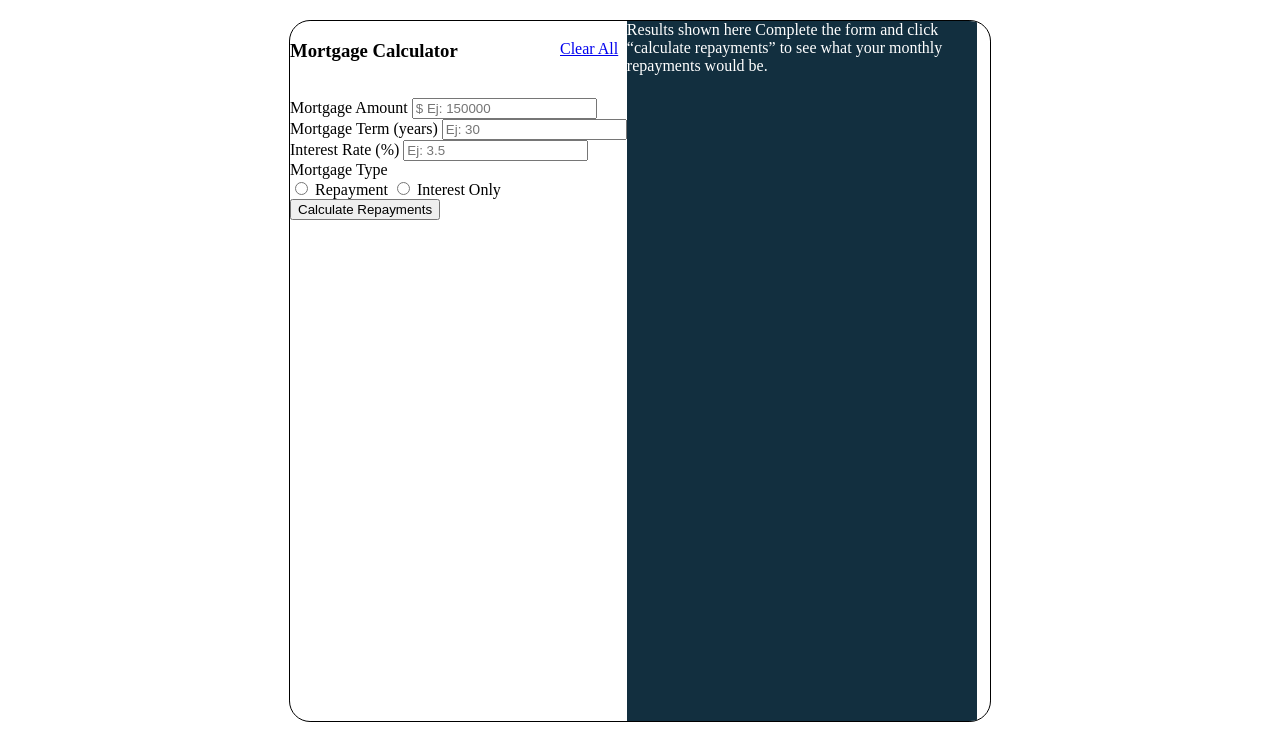
Repository: GravielPV/Mortgage-repayment-calculator
Page: index.html
These files come from the project's save history. The page is drawn as it stood at one moment and after the next save; the edit follows.
The browser window is 1280 px wide. The pictures show the whole page.

Above is the page before, as saved 2025-12-11 17:06:54.

After the next save:
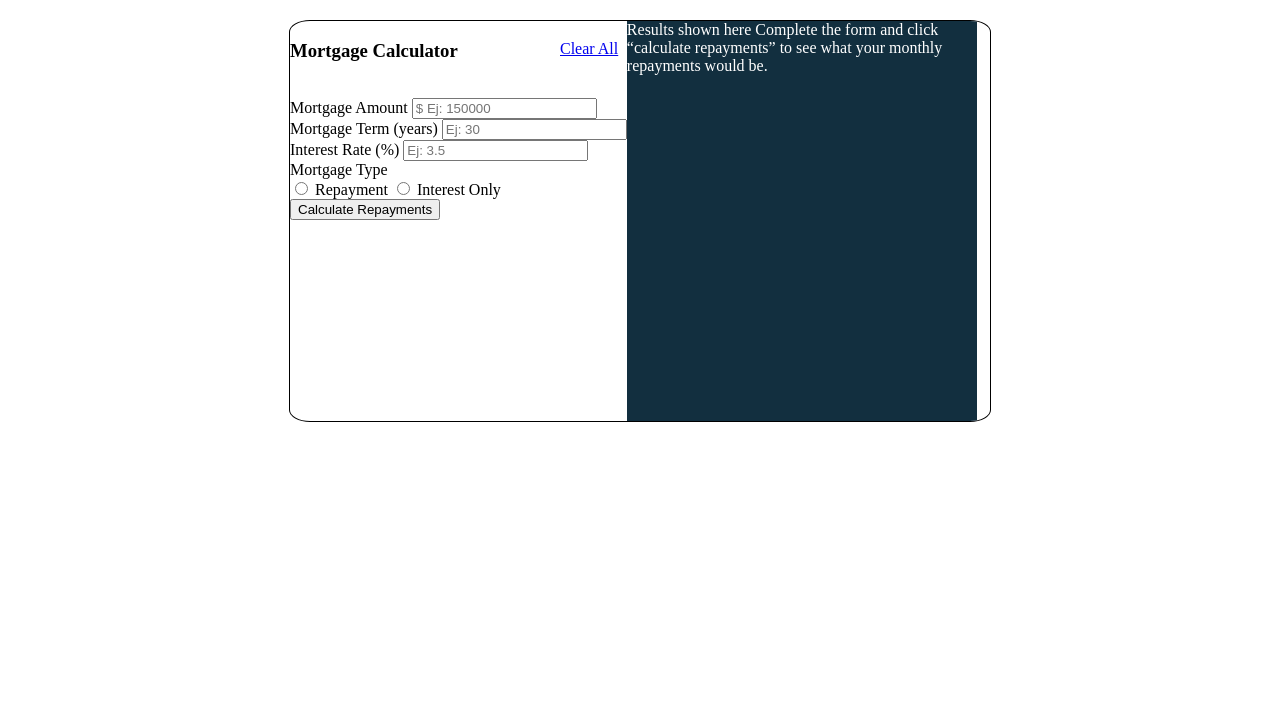
Saved 13 s later.
--- a/styles.css
+++ b/styles.css
@@ -1,6 +1,6 @@
 .carta{
     width: 700px;
-    height: 700px;
+    height: 400px;
 display: flex;
 margin: 20px auto;
 border-radius: 3%;
